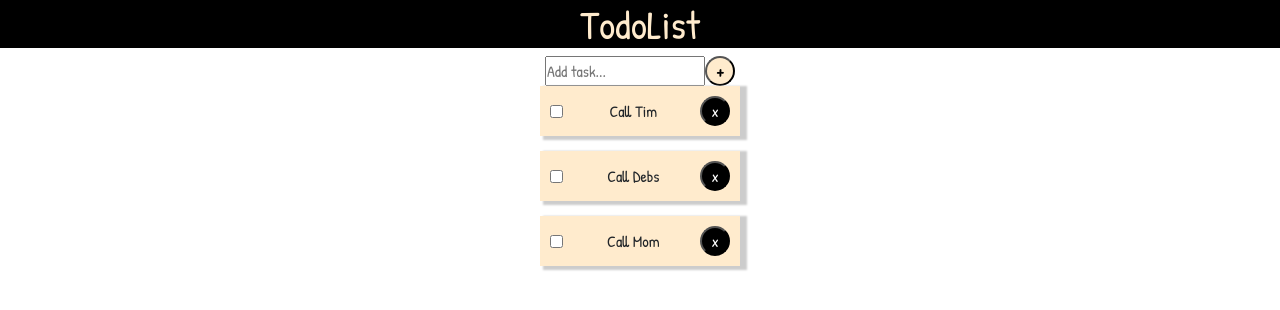
Repository: latenightsnacc/React-Projects
Page: /about (app in todolist/)
An editor plug-in stored every save of this project. The page is shown before and after the next save, followed by the edit.
The browser window is 1280 px wide. The pictures show the whole page.
The project was rebuilt for these pictures with package versions that can differ from the ones it lists, and the page was loaded fresh each time.

Above is the page before, as saved 2020-07-02 12:53:54.

After the next save:
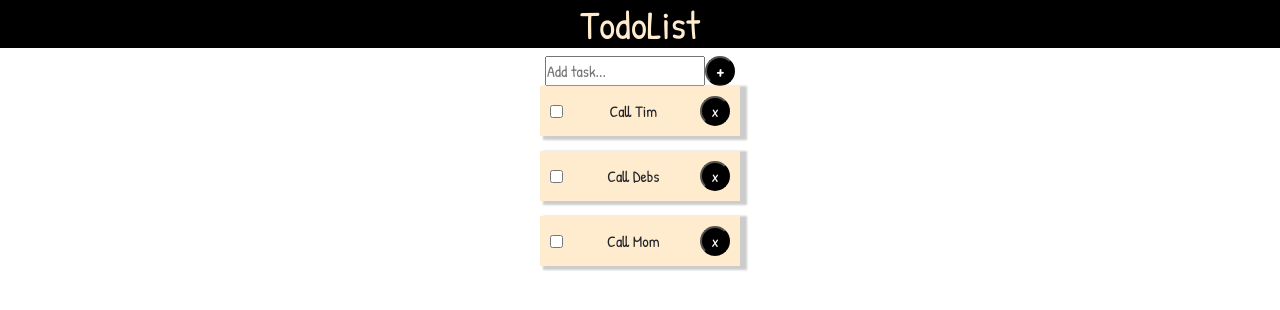
Saved 27 s later.
--- a/todolist/src/styles/App.scss
+++ b/todolist/src/styles/App.scss
@@ -22,8 +22,8 @@
     width: 30px;
     border-radius: 50%;
     text-align: center;
-    background-color: blanchedalmond;
-    color: black;
+    background-color: black;
+    color: white;
     font-weight: bold;
     outline: none;
 }
